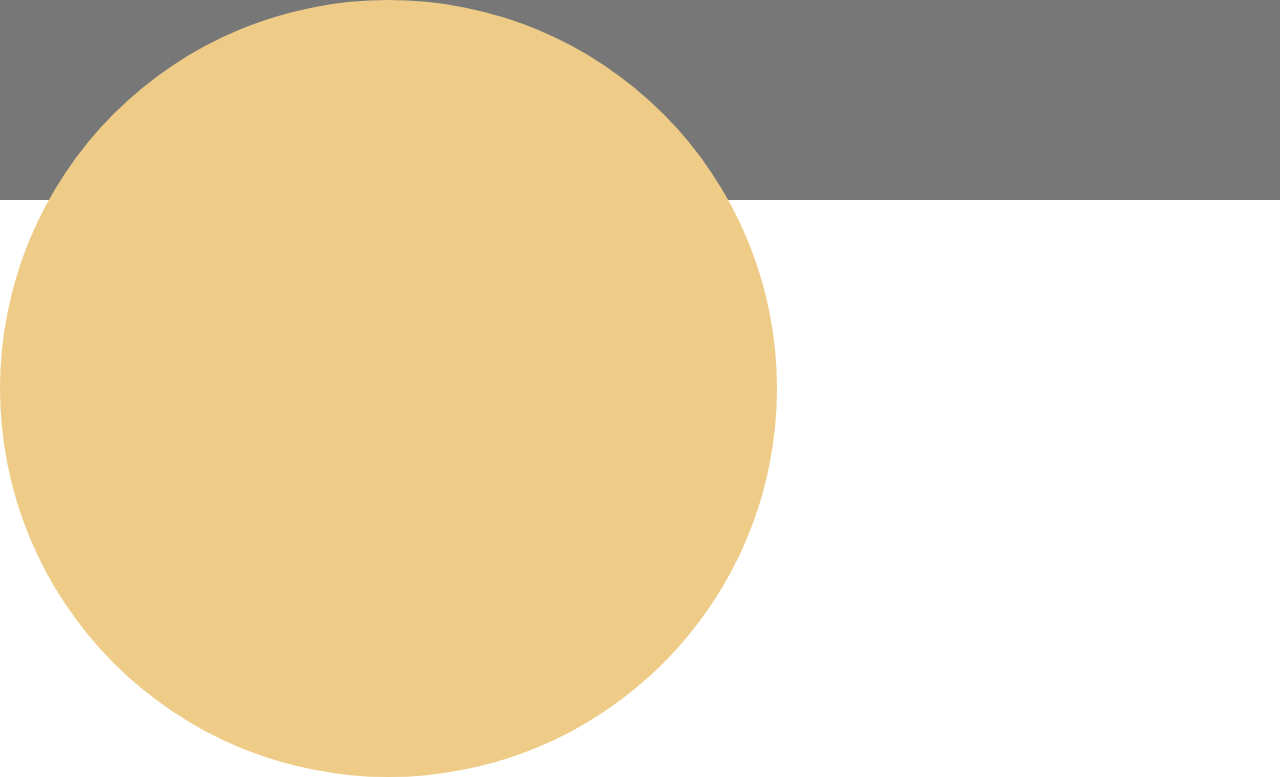
Repository: 43320888/upwork
Page: index.html
These files come from the project's save history. The page is drawn as it stood at one moment and after the next save; the edit follows.
The browser window is 1280 px wide. The pictures show the whole page.

Above is the page before, as saved 2019-01-21 08:26:25.

After the next save:
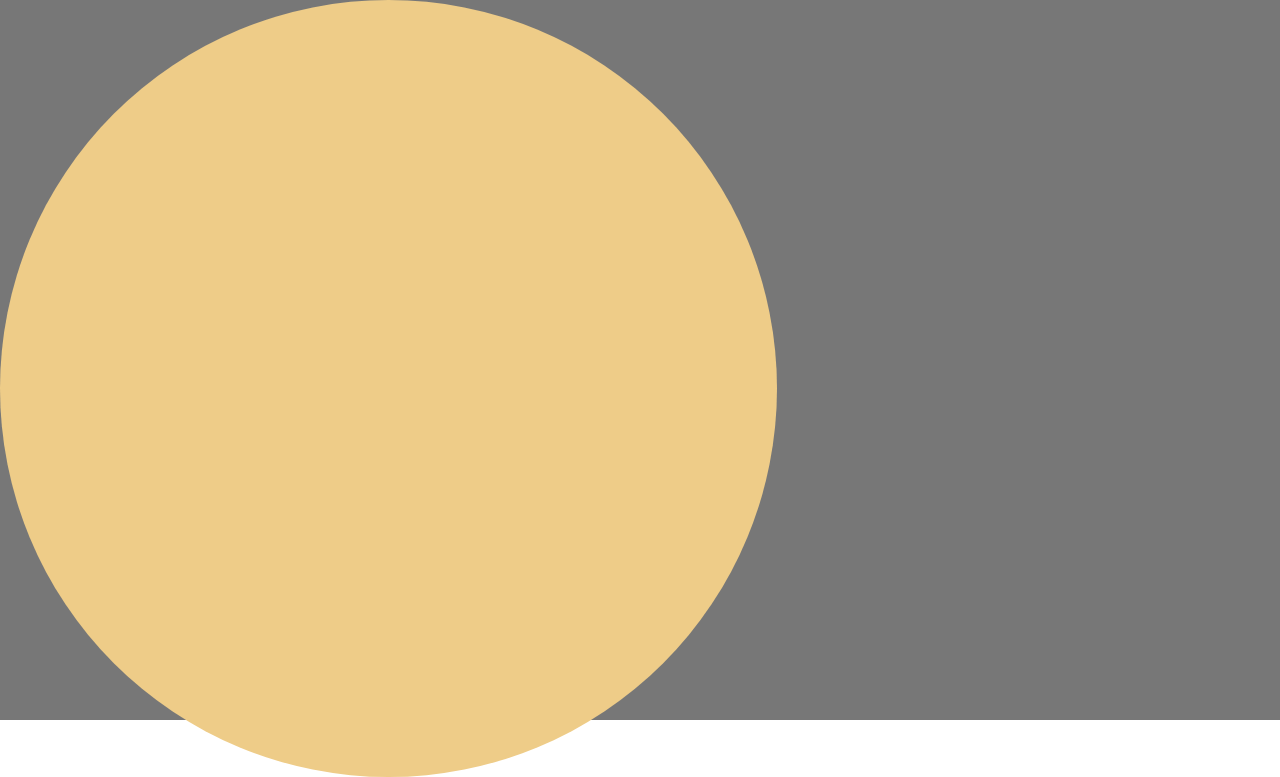
Saved 8 min 4 s later.
--- a/configSlotMachine777theMostUniqueName.js
+++ b/configSlotMachine777theMostUniqueName.js
@@ -16,7 +16,7 @@ const configSlotMachine777theMostUniqueName = () => {
 		spin: 'images/spin.png',
 	};
 
-	const tableHeight = 200;
+	const tableHeight = '';
 
 	const segments = [
 		{ 'text': '5 nights in Mexico' },
